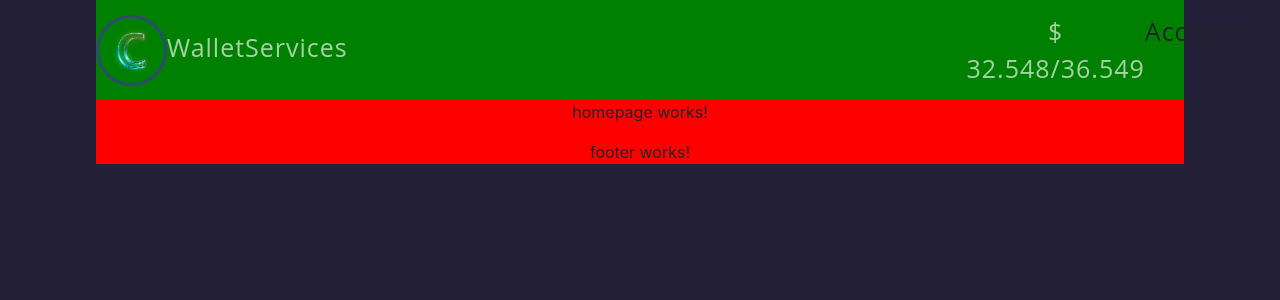
Repository: YuriyBen/Corzbank
Page: / (app in Corzbank.Web/ClientApp/)
The author's editor kept a copy of each file at every save. The page is drawn from the files as they stood at one save, then again after a run of saves.
The browser window is 1280 px wide. The pictures show the whole page.
The project was rebuilt for these pictures with package versions that can differ from the ones it lists, and the page was loaded fresh each time. Also part of the build but not shown: Corzbank.Web/ClientApp/angular.json.

Above is the page before, as saved 2022-05-19 19:43:20.

After the next 2 saves:
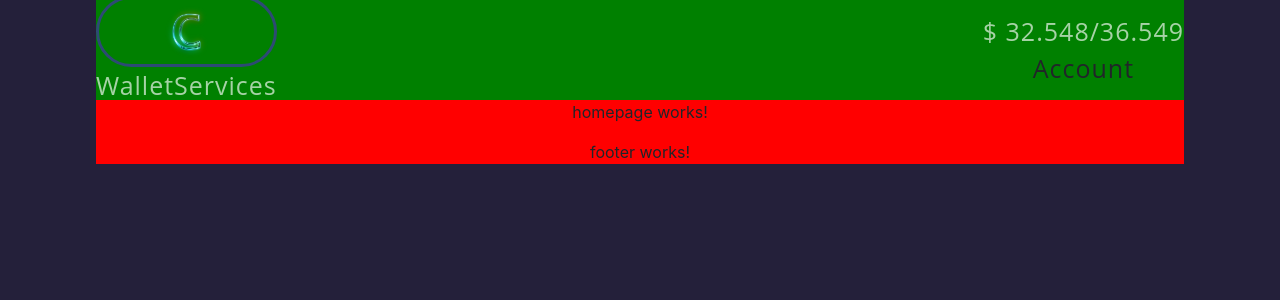
The 2 saves are shown as one change because they came seconds apart.
The last was saved 15 s later.
--- a/Corzbank.Web/ClientApp/src/app/header/header.component.scss
+++ b/Corzbank.Web/ClientApp/src/app/header/header.component.scss
@@ -13,16 +13,11 @@
     font-size: 25px;
     letter-spacing: 1px;
 }
-.left-block{
+.left-block .right-block{
     display: flex;
     justify-content: space-between;
     width: 20%;
     align-items: baseline;
-}
-.right-block{
-    display: flex;
-    justify-content: space-between;
-    width: 20%;
 }
 .header span{
     color: white;
